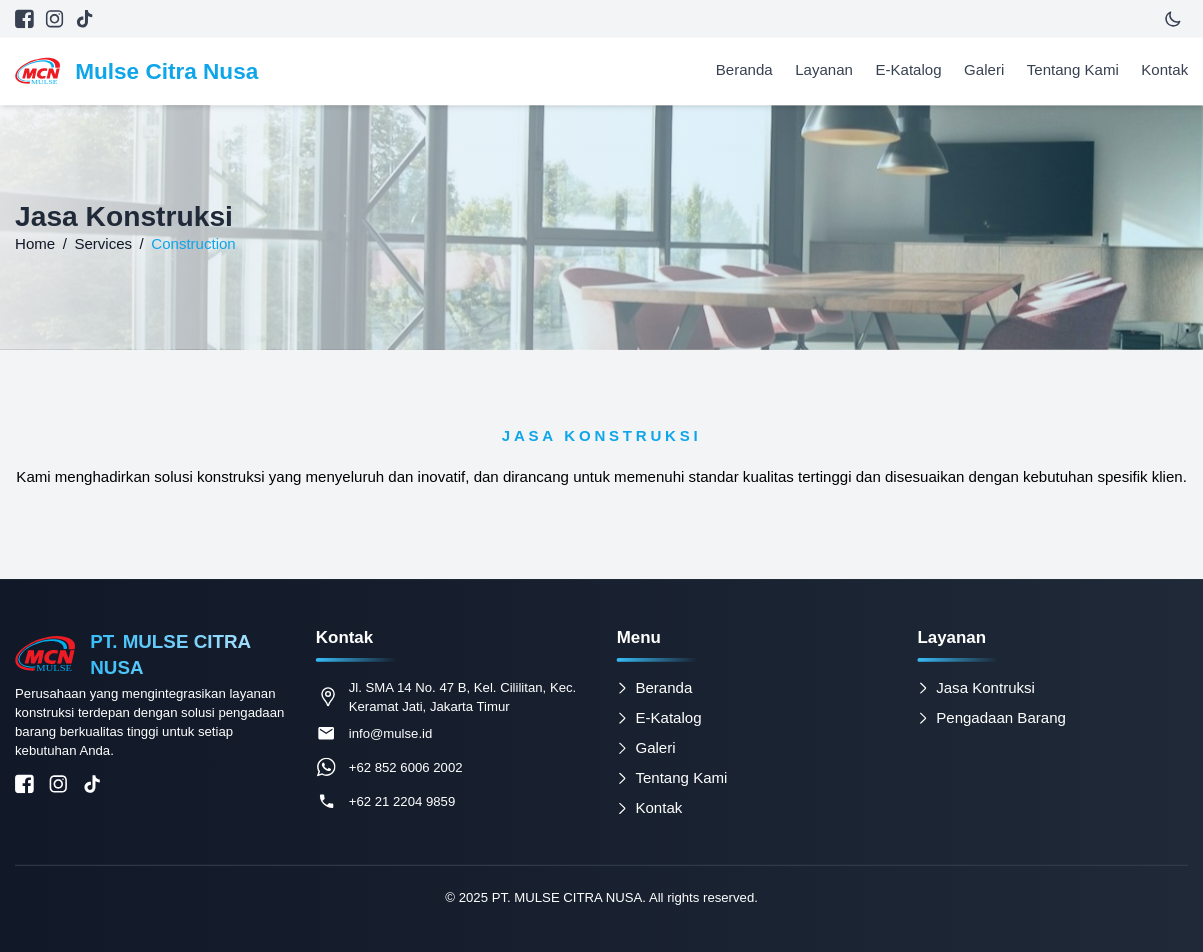
Repository: PrasBaldin/next-mulse
Page: /services/construction
The author's editor kept a copy of each file at every save. The page is drawn from the files as they stood at one save, then again after the next save.
The browser window is 1280 px wide. The pictures show the whole page, at 94% of full size.
The project was rebuilt for these pictures with package versions that can differ from the ones it lists, and the page was loaded fresh each time. The framework's server and built-in components were replaced by stand-ins that run in the browser. Also part of the build but not shown: next.config.ts.

Above is the page before, as saved 2025-02-26 13:20:17.

### app/layout.tsx
import type { Metadata } from "next";
import { Geist, Geist_Mono } from "next/font/google";
import "./globals.css";
import Navbar from "@/components/navbar";
import Footer from "@/components/footer";

const geistSans = Geist({
  variable: "--font-geist-sans",
  subsets: ["latin"],
});

const geistMono = Geist_Mono({
  variable: "--font-geist-mono",
  subsets: ["latin"],
});

export const metadata: Metadata = {
  title: "Mulse",
  description: "Selamat datang di PT. Mulse Citra Nusa, kami menyediakan barang dan jasa sesuai kebutuhan Anda.",
};

export default function RootLayout({
  children,
}: Readonly<{
  children: React.ReactNode;
}>) {
  return (
    <html lang="en">
      <body className={`${geistSans.variable} ${geistMono.variable} antialiased`} >
        <Navbar />
        {children}
        <Footer />
      </body>
    </html>
  );
}

### app/services/construction/page.tsx
import Link from "next/link";

const ConstructionPage = () => {
  return (
    <>
      <section className="mt-[72px] lg:mt-[112px]">
        <div className="banner">
          <div className="banner-mask"></div>
          <div className="container z-[1] relative">
            <div className="banner-content">
              <h4 className="text-3xl font-bold text-gray-800 dark:text-gray-100 transition duration-500 ease-in-out">
                Jasa Konstruksi
              </h4>
              <ul className="breadcrumbs">
                <li>
                  <Link
                    href="/"
                    className="text-gray-900 dark:text-gray-100 transition duration-500 ease-in-out"
                  >
                    Home
                  </Link>
                </li>
                <li className="text-gray-900 dark:text-gray-100 transition duration-500 ease-in-out">
                  /
                </li>
                <li>
                  <Link
                    href="/"
                    className="text-gray-900 dark:text-gray-100 transition duration-500 ease-in-out"
                  >
                    Services
                  </Link>
                </li>
                <li className="text-gray-900 dark:text-gray-100 transition duration-500 ease-in-out">
                  /
                </li>
                <li>
                  <Link href="/gallery" className="text-sky-500">
                    Construction
                  </Link>
                </li>
              </ul>
            </div>
          </div>
        </div>
      </section>
      <section className="py-20">
        <div className="container text-center">
          <h4 className="mb-3 text-sky-500 font-semibold tracking-[.25em] uppercase">
            Jasa Konstruksi
          </h4>
          <h3 className="py-2 my-2">
            Kami menghadirkan solusi konstruksi yang menyeluruh dan inovatif,
            dan dirancang untuk memenuhi standar kualitas tertinggi dan
            disesuaikan dengan kebutuhan spesifik klien.
          </h3>
        </div>
      </section>
    </>
  );
};

export default ConstructionPage;

### app/globals.css
@tailwind base;
@tailwind components;
@tailwind utilities;

:root {
  --background: #ffffff;
  --foreground: #171717;
}

@media (prefers-color-scheme: dark) {
  :root {
    --background: #0a0a0a;
    --foreground: #ededed;
  }
}

body {
  font-family: Arial, Helvetica, sans-serif;
  @apply bg-gray-100 dark:bg-gray-700;
}

.container {
  @apply mx-auto px-4;
}

.btn {
  @apply px-4 py-3 rounded-lg transition duration-500 ease-in-out;
}

.btn-primary {
  @apply bg-sky-600 hover:bg-sky-700 dark:hover:bg-sky-700 text-gray-100 hover:text-gray-300;
}

.btn-secondary {
  @apply bg-gray-100 hover:bg-gray-300 dark:hover:bg-gray-300 text-gray-800;
}

.btn-primary-border {
  @apply bg-transparent hover:bg-sky-500 dark:hover:bg-sky-500 border-2 border-sky-500 text-sky-500 dark:text-sky-500 hover:text-white dark:hover:text-white;
}

.banner {
  background-image: url("/img/banner-2.jpg");
  background-size: cover;
  @apply py-[100px] relative;
}

.banner-mask {
  @apply absolute inset-0 bg-gradient-to-r from-gray-100/90 to-sky-500/20 dark:from-gray-800/90 dark:to-sky-500/20 transition duration-500 ease-in-out z-[0];
}

.breadcrumbs {
  @apply flex gap-2 font-medium;
}

### components/navbar.tsx
"use client";
import { useState } from "react";
import Link from "next/link";
import Image from "next/image";

import MulseSvg from "@/public/img/mulse.svg";
import "./navbar.css";

// import ToggleLanguage from "./toggleLanguage";
import ToggleDarkMode from "./toggleDarkMode";

const Navbar = () => {
  const [isOpen, setIsOpen] = useState(false);
  const [isDropdownOpen, setIsDropdownOpen] = useState(false);

  return (
    <>
      <div className="utility-bar">
        <div className="container">
          <div className="flex justify-between items-center">
            <div className="w-full flex">
              <a
                href="https://www.facebook.com/profile.php?id=61550927165561&ref=ig_profile_ac"
                target="_blank"
                rel="noopener noreferrer"
                aria-label="Facebook"
                className="social-media-link hover:text-sky-400 transition-colors duration-300"
              >
                <svg
                  className="w-5 h-5 rounded"
                  fill="currentColor"
                  viewBox="0 0 24 24"
                  stroke="none"
                >
                  <path d="M22.675 0h-21.35C.593 0 0 .593 0 1.325v21.351C0 23.407.593 24 1.325 24h11.494v-9.294H9.692v-3.622h3.127V8.413c0-3.1 1.894-4.788 4.659-4.788 1.325 0 2.463.099 2.794.143v3.24l-1.918.001c-1.504 0-1.794.715-1.794 1.763v2.314h3.587l-.467 3.622h-3.12V24h6.116C23.407 24 24 23.407 24 22.675V1.325C24 .593 23.407 0 22.675 0z" />
                </svg>
              </a>
              <a
                href="https://www.instagram.com/mulse.id/"
                target="_blank"
                rel="noopener noreferrer"
                aria-label="Instagram"
                className="social-media-link hover:text-sky-400 transition-colors duration-300"
              >
                <svg
                  className="w-5 h-5"
                  viewBox="0 0 24 24"
                  fill="none"
                  xmlns="http://www.w3.org/2000/svg"
                >
                  <path
                    fillRule="evenodd"
                    clipRule="evenodd"
                    d="M12 18C15.3137 18 18 15.3137 18 12C18 8.68629 15.3137 6 12 6C8.68629 6 6 8.68629 6 12C6 15.3137 8.68629 18 12 18ZM12 16C14.2091 16 16 14.2091 16 12C16 9.79086 14.2091 8 12 8C9.79086 8 8 9.79086 8 12C8 14.2091 9.79086 16 12 16Z"
                    fill="currentColor"
                  />
                  <path
                    d="M18 5C17.4477 5 17 5.44772 17 6C17 6.55228 17.4477 7 18 7C18.5523 7 19 6.55228 19 6C19 5.44772 18.5523 5 18 5Z"
                    fill="currentColor"
                  />
                  <path
                    fillRule="evenodd"
                    clipRule="evenodd"
                    d="M1.65396 4.27606C1 5.55953 1 7.23969 1 10.6V13.4C1 16.7603 1 18.4405 1.65396 19.7239C2.2292 20.8529 3.14708 21.7708 4.27606 22.346C5.55953 23 7.23969 23 10.6 23H13.4C16.7603 23 18.4405 23 19.7239 22.346C20.8529 21.7708 21.7708 20.8529 22.346 19.7239C23 18.4405 23 16.7603 23 13.4V10.6C23 7.23969 23 5.55953 22.346 4.27606C21.7708 3.14708 20.8529 2.2292 19.7239 1.65396C18.4405 1 16.7603 1 13.4 1H10.6C7.23969 1 5.55953 1 4.27606 1.65396C3.14708 2.2292 2.2292 3.14708 1.65396 4.27606ZM13.4 3H10.6C8.88684 3 7.72225 3.00156 6.82208 3.0751C5.94524 3.14674 5.49684 3.27659 5.18404 3.43597C4.43139 3.81947 3.81947 4.43139 3.43597 5.18404C3.27659 5.49684 3.14674 5.94524 3.0751 6.82208C3.00156 7.72225 3 8.88684 3 10.6V13.4C3 15.1132 3.00156 16.2777 3.0751 17.1779C3.14674 18.0548 3.27659 18.5032 3.43597 18.816C3.81947 19.5686 4.43139 20.1805 5.18404 20.564C5.49684 20.7234 5.94524 20.8533 6.82208 20.9249C7.72225 20.9984 8.88684 21 10.6 21H13.4C15.1132 21 16.2777 20.9984 17.1779 20.9249C18.0548 20.8533 18.5032 20.7234 18.816 20.564C19.5686 20.1805 20.1805 19.5686 20.564 18.816C20.7234 18.5032 20.8533 18.0548 20.9249 17.1779C20.9984 16.2777 21 15.1132 21 13.4V10.6C21 8.88684 20.9984 7.72225 20.9249 6.82208C20.8533 5.94524 20.7234 5.49684 20.564 5.18404C20.1805 4.43139 19.5686 3.81947 18.816 3.43597C18.5032 3.27659 18.0548 3.14674 17.1779 3.0751C16.2777 3.00156 15.1132 3 13.4 3Z"
                    fill="currentColor"
                  />
                </svg>
              </a>
              <a
                href="/"
                target="_blank"
                rel="noopener noreferrer"
                aria-label="Tiktok"
                className="social-media-link hover:text-sky-400 transition-colors duration-300"
              >
                <svg
                  className="w-5 h-5"
                  fill="currentColor"
                  viewBox="0 0 32 32"
                  version="1.1"
                  xmlns="http://www.w3.org/2000/svg"
                >
                  <path d="M16.656 1.029c1.637-0.025 3.262-0.012 4.886-0.025 0.054 2.031 0.878 3.859 2.189 5.213l-0.002-0.002c1.411 1.271 3.247 2.095 5.271 2.235l0.028 0.002v5.036c-1.912-0.048-3.71-0.489-5.331-1.247l0.082 0.034c-0.784-0.377-1.447-0.764-2.077-1.196l0.052 0.034c-0.012 3.649 0.012 7.298-0.025 10.934-0.103 1.853-0.719 3.543-1.707 4.954l0.020-0.031c-1.652 2.366-4.328 3.919-7.371 4.011l-0.014 0c-0.123 0.006-0.268 0.009-0.414 0.009-1.73 0-3.347-0.482-4.725-1.319l0.040 0.023c-2.508-1.509-4.238-4.091-4.558-7.094l-0.004-0.041c-0.025-0.625-0.037-1.25-0.012-1.862 0.49-4.779 4.494-8.476 9.361-8.476 0.547 0 1.083 0.047 1.604 0.136l-0.056-0.008c0.025 1.849-0.050 3.699-0.050 5.548-0.423-0.153-0.911-0.242-1.42-0.242-1.868 0-3.457 1.194-4.045 2.861l-0.009 0.030c-0.133 0.427-0.21 0.918-0.21 1.426 0 0.206 0.013 0.41 0.037 0.61l-0.002-0.024c0.332 2.046 2.086 3.59 4.201 3.59 0.061 0 0.121-0.001 0.181-0.004l-0.009 0c1.463-0.044 2.733-0.831 3.451-1.994l0.010-0.018c0.267-0.372 0.45-0.822 0.511-1.311l0.001-0.014c0.125-2.237 0.075-4.461 0.087-6.698 0.012-5.036-0.012-10.060 0.025-15.083z"></path>
                </svg>
              </a>
            </div>
            <div className="utility-content">
              {/* <ToggleLanguage /> */}
              <ToggleDarkMode />
            </div>
          </div>
        </div>
      </div>
      <nav className="navbar">
        <div className="container">
          <div className="flex justify-between items-center">
            <Link
              href="/"
              className="text-2xl font-bold text-sky-500 dark:text-gray-100 flex items-center transition duration-500 ease-in-out py-3"
            >
              <Image src={MulseSvg} alt="img" className="w-12 mr-4" />
              Mulse Citra Nusa
            </Link>

            <div className="hidden lg:flex space-x-6 items-center">
              <Link href="/" className="nav-link">
                Beranda
              </Link>

              <div
                className="relative group"
                onMouseEnter={() => setIsDropdownOpen(true)}
                onMouseLeave={() => setIsDropdownOpen(false)}
              >
                <Link href="/services">
                  <button className="nav-link flex items-center">
                    Layanan
                  </button>
                </Link>
                <div
                  className={`nav-dropdown min-w-[200px] ${
                    isDropdownOpen
                      ? "opacity-100 visible scale-100 translate-y-0"
                      : "opacity-0 invisible scale-95 translate-y-3"
                  }`}
                >
                  <Link
                    href="/services/procurement"
                    className="nav-link-dropdown"
                  >
                    Pengadaan Barang
                  </Link>
                  <Link
                    href="/services/construction"
                    className="nav-link-dropdown"
                  >
                    Jasa Konstruksi
                  </Link>
                </div>
              </div>
              <a
                href="https://katalog.inaproc.id/mulse-citra-nusa"
                target="_blank"
                className="nav-link"
              >
                E-Katalog
              </a>
              <Link href="/gallery" className="nav-link">
                Galeri
              </Link>
              <Link href="/about" className="nav-link">
                Tentang Kami
              </Link>
              <Link href="/contact" className="nav-link">
                Kontak
              </Link>
            </div>

            <button
              className="lg:hidden relative w-8 h-8"
              onClick={() => setIsOpen(!isOpen)}
            >
              <div
                className={`hamburger ${
                  isOpen
                    ? "rotate-45 top-1/2 transform -translate-y-1/2"
                    : "top-2"
                }`}
              ></div>
              <div
                className={`hamburger ${
                  isOpen ? "opacity-0" : "top-1/2 transform -translate-y-1/2"
                }`}
              ></div>
              <div
                className={`hamburger ${
                  isOpen
                    ? "-rotate-45 bottom-1/2 transform translate-y-1/2"
                    : "bottom-2"
                }`}
              ></div>
            </button>
          </div>
        </div>
      </nav>

      {/* Overlay Sidebar */}
      <div
        className={`lg:hidden fixed top-18 left-0 w-full h-full bg-black/50 backdrop-blur-sm transition-opacity duration-500 ease-in-out z-[9] ${
          isOpen ? "opacity-100 visible" : "opacity-0 invisible"
        }`}
        onClick={() => setIsOpen(false)}
      ></div>

      {/* Sidebar Menu */}
      <div
        className={`bg-white dark:bg-gray-800 lg:hidden fixed right-0 w-64 h-full shadow-lg transform transition-transform duration-500 ease-in-out z-10 ${
          isOpen ? "translate-x-0" : "translate-x-full"
        }`}
      >
        <div className="p-6 flex flex-col space-y-4 mt-[72px]">
          <Link
            href="/"
            className="nav-link-mobile"
            onClick={() => setIsOpen(false)}
          >
            Beranda
          </Link>

          <div>
            <button
              className="nav-link-mobile flex items-center w-full"
              onClick={() => setIsDropdownOpen(!isDropdownOpen)}
            >
              Layanan
              <span
                className={`dropdown-arrow ${
                  isDropdownOpen
                    ? "rotate-45 absolute right-9 mb-2"
                    : "-rotate-45 absolute right-9"
                }`}
              ></span>
            </button>
            <div
              className={`bg-white dark:bg-gray-800 ml-4 space-y-2 rounded-lg overflow-hidden transition-all duration-500 ease-in-out ${
                isDropdownOpen
                  ? "max-h-[500px] opacity-100 p-2 mt-2"
                  : "max-h-0 opacity-0 p-0 mt-0"
              }`}
            >
              <Link
                href="/services/procurement"
                className="nav-link-mobile block"
                onClick={() => setIsOpen(false)}
              >
                Pengadaan Barang
              </Link>
              <Link
                href="/services/construction"
                className="nav-link-mobile block"
                onClick={() => setIsOpen(false)}
              >
                Jasa Konstruksi
              </Link>
            </div>
          </div>
          <Link
            href="https://katalog.mulse.id"
            className="nav-link-mobile"
            onClick={() => setIsOpen(false)}
          >
            E-Katalog
          </Link>
          <Link
            href="/gallery"
            className="nav-link-mobile"
            onClick={() => setIsOpen(false)}
          >
            Galeri
          </Link>
          <Link
            href="/about"
            className="nav-link-mobile"
            onClick={() => setIsOpen(false)}
          >
            Tentang Kami
          </Link>
          <Link
            href="/contact"
            className="nav-link-mobile"
            onClick={() => setIsOpen(false)}
          >
            Kontak
          </Link>
          {/* <ToggleLanguage /> */}
          <ToggleDarkMode />
        </div>
      </div>
    </>
  );
};

export default Navbar;

### components/navbar.css
.utility-bar {
  @apply hidden lg:block absolute top-0 w-full py-1 bg-gray-100 dark:bg-gray-700 transition duration-500 ease-in-out z-10;
}

.utility-content {
  @apply w-auto flex gap-2;
}

.social-media-link {
  @apply mr-3 text-gray-700 dark:text-gray-100 hover:text-sky-500 dark:hover:text-sky-500 transition duration-300;
}

.navbar {
  @apply bg-white dark:bg-gray-800 transition duration-500 ease-in-out shadow-md top-0 lg:top-[40px] fixed lg:absolute w-full z-20;
}

.nav-link {
  @apply text-gray-700 hover:text-sky-500 dark:hover:text-sky-500 dark:text-gray-100 py-5 transition duration-500 ease-in-out border-b-2 border-transparent hover:border-sky-500 flex items-center;
}

.nav-dropdown {
  @apply bg-white dark:bg-gray-800 absolute top-[4rem] -left-2 w-auto pt-2 p-3 border-2 border-sky-300 dark:border-sky-800 border-t-sky-500 dark:border-t-sky-500 shadow-xl rounded-lg overflow-visible transition-all duration-300 transform;
}

.nav-link-dropdown {
  @apply text-gray-700 hover:text-sky-500 dark:hover:text-sky-500 dark:text-gray-100 pt-2 pb-1 transition duration-500 ease-in-out hover:bg-gray-100 dark:hover:bg-gray-700 rounded border-b border-gray-200 hover:border-sky-500 block mt-2 px-2;
}

.nav-link-mobile {
  @apply hover:bg-gray-100 dark:hover:bg-gray-700 text-gray-700 hover:text-sky-500 dark:hover:text-sky-500 dark:text-gray-100 py-2 pl-2 border-b border-gray-200 hover:border-sky-500 rounded transition;
}

.hamburger {
  @apply absolute w-6 h-[3px] bg-gray-800 dark:bg-gray-100 rounded transition duration-500 ease-in-out;
}

.dropdown-arrow {
  @apply border-b-2 border-r-2 border-gray-700 dark:border-gray-100 ml-2 w-3 h-3 transition duration-500 ease-in-out;
}

.nav-link-mobile:hover .dropdown-arrow {
  @apply border-sky-500;
}

### components/toggleDarkMode.tsx
"use client";
import { useState, useEffect } from "react";
import IconDarkMode from "../app/_assets/icon/iconDarkmode";
import IconLightMode from "../app/_assets/icon/iconLightmode";

import "./toggleDarkMode.css";

const ToggleDarkMode = () => {
  const [isDarkMode, setIsDarkMode] = useState(false);
  useEffect(() => {
    const storedTheme = localStorage.getItem("theme");
    setIsDarkMode(storedTheme === "dark");
  }, []);

  useEffect(() => {
    if (isDarkMode) {
      document.documentElement.classList.add("dark");
      localStorage.setItem("theme", "dark");
    } else {
      document.documentElement.classList.remove("dark");
      localStorage.setItem("theme", "light");
    }
  }, [isDarkMode]);

  return (
    <>
      {/* Mobile */}
      <button
        onClick={() => setIsDarkMode(!isDarkMode)}
        className="lg:hidden btn h-11 flex items-center"
        style={{ padding: ".5rem" }}
      >
        <div className="block">
          <div className="absolute flex items-center gap-2">
            <div
              className={`toggle-dark-mode-mobile gap-2 ${
                isDarkMode ? "opacity-100 rotate-0" : "opacity-0 rotate-90"
              }`}
            >
              <IconLightMode />
            </div>
            <span
              className={`text-gray-700 dark:text-gray-300 ${
                isDarkMode ? "opacity-100" : "opacity-0"
              }`}
            >
              Light Mode
            </span>
          </div>
          <div className="flex items-center gap-2">
            <div
              className={`toggle-dark-mode-mobile gap-2 ${
                isDarkMode ? "opacity-0 -rotate-90" : "opacity-100 rotate-0"
              }`}
            >
              <IconDarkMode />
            </div>
            <span
              className={`text-gray-700 dark:text-gray-300 ${
                isDarkMode ? "opacity-0" : "opacity-100"
              }`}
            >
              Night Mode
            </span>
          </div>
        </div>
      </button>

      {/* Desktop */}
      <button
        onClick={() => setIsDarkMode(!isDarkMode)}
        className="btn hidden lg:block btn w-8 h-8 relative overflow-hidden"
      >
        <div
          className={`toggle-dark-mode ${
            isDarkMode ? "opacity-100 rotate-0" : "opacity-0 rotate-90"
          }`}
        >
          <IconLightMode />
        </div>
        <div
          className={`toggle-dark-mode ${
            isDarkMode ? "opacity-0 -rotate-90" : "opacity-100 rotate-0"
          }`}
        >
          <IconDarkMode />
        </div>
      </button>
    </>
  );
};

export default ToggleDarkMode;

### components/footer.css
footer table tr a {
    @apply transition duration-300
}

footer table tr:hover a {
    @apply text-sky-400
}

### app/_assets/icon/iconDarkmode.tsx
import React from "react";

const IconDarkmode = () => {
    return (
        <svg xmlns="http://www.w3.org/2000/svg" className="h-5 w-5 text-gray-700 dark:text-gray-100" fill="none" viewBox="0 0 24 24" stroke="currentColor">
            <path strokeLinecap="round" strokeLinejoin="round" strokeWidth={2} d="M20.354 15.354A9 9 0 018.646 3.646 9.003 9.003 0 0012 21a9.003 9.003 0 008.354-5.646z" />
        </svg>
    )
}

export default IconDarkmode

### app/_assets/icon/iconLightmode.tsx
import React from "react";

const IconLightMode = () => {
    return (
        <svg xmlns="http://www.w3.org/2000/svg" className="h-5 w-5 text-gray-100" fill="none" viewBox="0 0 24 24" stroke="currentColor">
            <path strokeLinecap="round" strokeLinejoin="round" strokeWidth="2" d="M12 3v1m0 16v1m9-9h-1M4 12H3m15.364 6.364l-.707-.707M6.343 6.343l-.707-.707m12.728 0l-.707.707M6.343 17.657l-.707.707" />
            <circle cx="12" cy="12" r="3" stroke="currentColor" strokeWidth="2" fill="none" />
        </svg>
    )
}

export default IconLightMode

### components/toggleDarkMode.css
.toggle-dark-mode {
    @apply absolute top-0 bottom-0 left-0 right-0 flex items-center justify-center transition-all duration-500 transform
}

.toggle-dark-mode-mobile {
    @apply flex items-center justify-center transition-all duration-500 transform
}

### tailwind.config.ts
import type { Config } from "tailwindcss";

export default {
  darkMode: 'class',
  content: [
    "./pages/**/*.{js,ts,jsx,tsx,mdx}",
    "./components/**/*.{js,ts,jsx,tsx,mdx}",
    "./app/**/*.{js,ts,jsx,tsx,mdx}"
  ],
  theme: {
    extend: {
      width: {
        '11': '2.75rem',
      },
      height: {
        '11': '2.75rem',
      },
      colors: {
        background: "var(--background)",
        foreground: "var(--foreground)",
      },
    },
  },
  plugins: [],
} satisfies Config;

Loaded but not shown: components/footer.tsx (503 lines, source omitted)

After the next save:
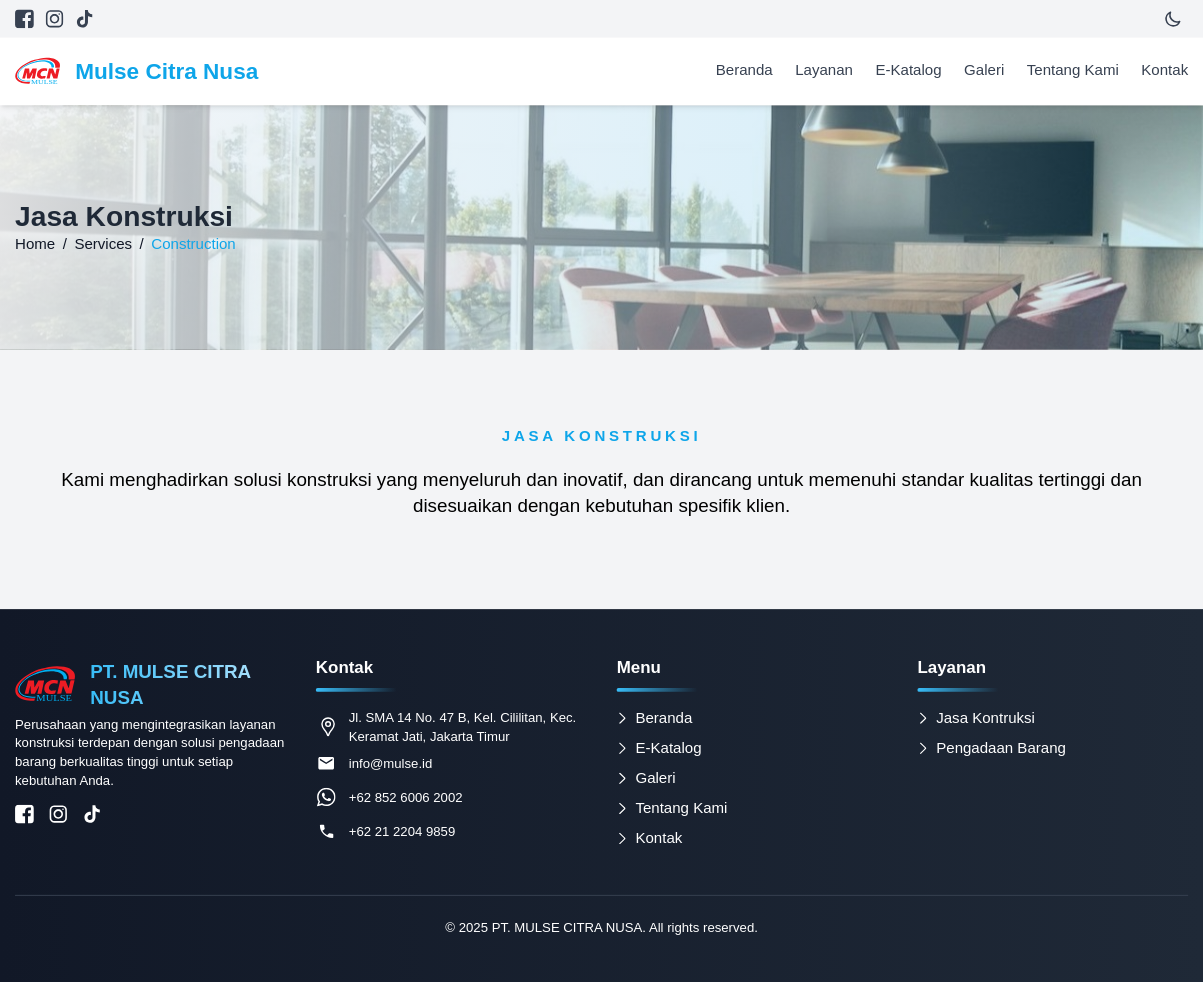
Saved 7 s later.
--- a/app/services/construction/page.tsx
+++ b/app/services/construction/page.tsx
@@ -49,7 +49,7 @@
           <h4 className="mb-3 text-sky-500 font-semibold tracking-[.25em] uppercase">
             Jasa Konstruksi
           </h4>
-          <h3 className="py-2 my-2">
+          <h3 className="py-2 my-2 text-xl">
             Kami menghadirkan solusi konstruksi yang menyeluruh dan inovatif,
             dan dirancang untuk memenuhi standar kualitas tertinggi dan
             disesuaikan dengan kebutuhan spesifik klien.
